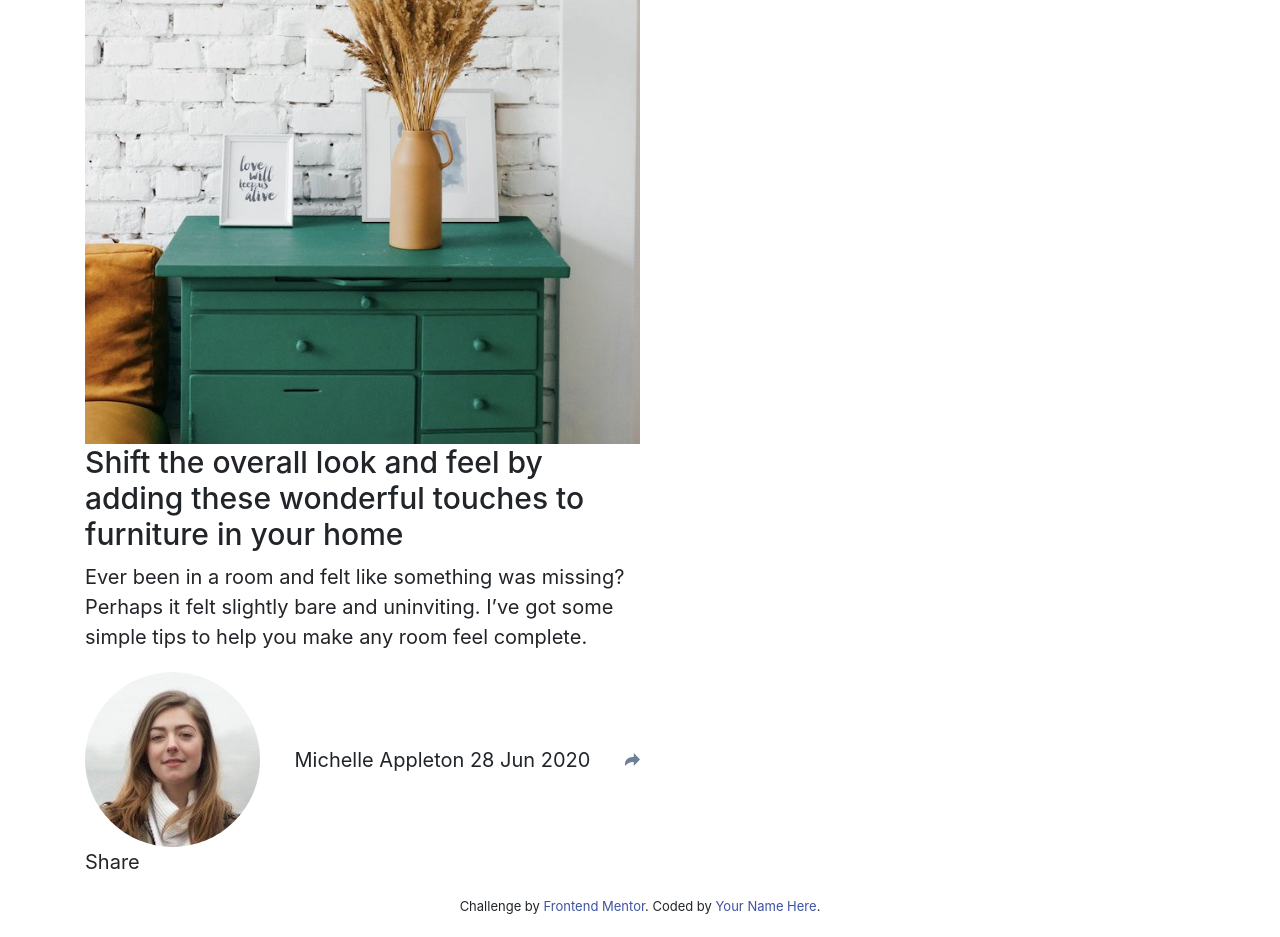
Repository: timiodulate/Article-Preview-Component
Page: index.html
These files come from the project's save history. The page is drawn as it stood at one moment and after a run of saves; the edit follows.
The browser window is 1280 px wide. The pictures show the whole page.

Above is the page before, as saved 2020-07-11 11:24:06.

After the next 5 saves:
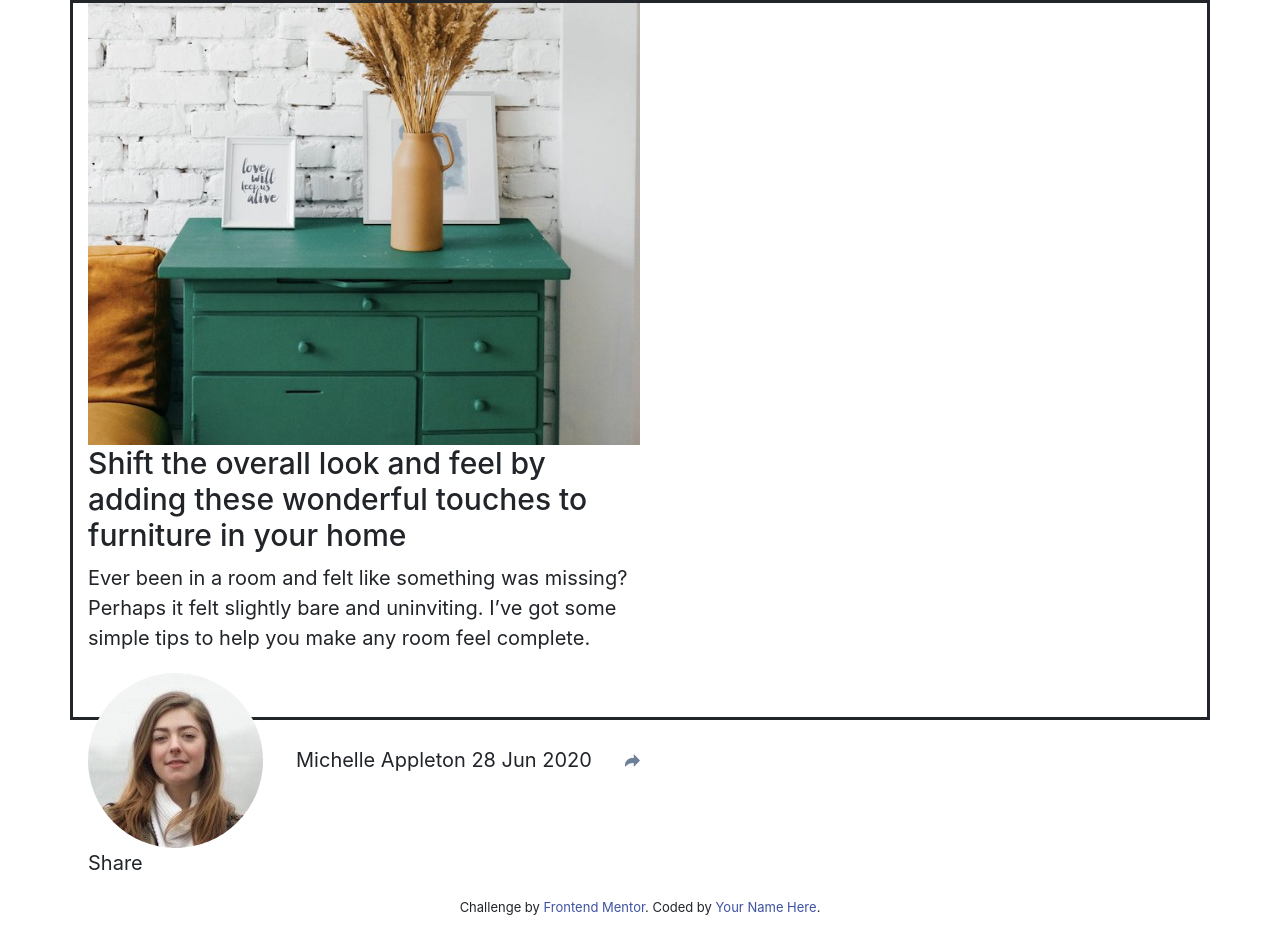
The 5 saves are shown as one change because they came seconds apart.
The last was saved 17 s later.
--- a/index.html
+++ b/index.html
@@ -16,7 +16,7 @@
 </head>
 <body>
 
-  <div class="container d-flex flex-column justify-content-between align-items-center">
+  <div class="container d-flex flex-column justify-content-between align-items-center" style="border: solid;">
 
     <div class="cardContainer d-flex-column align-items-center">
 
